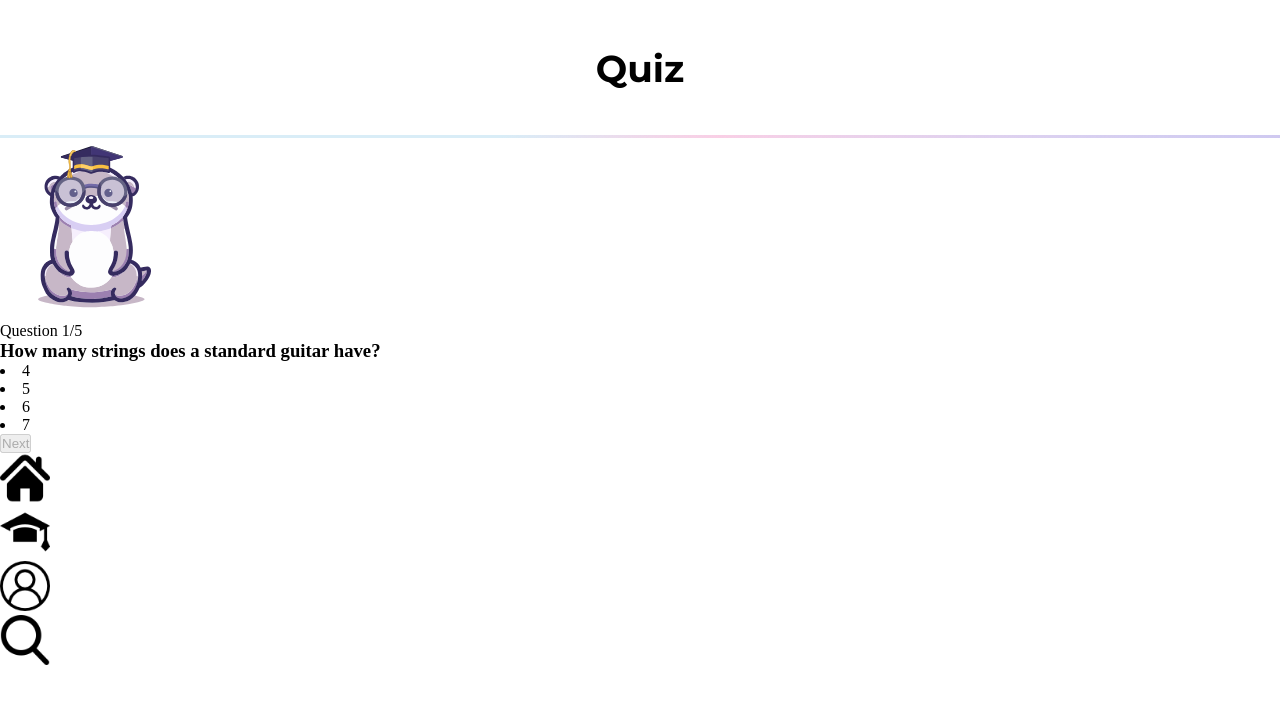
Repository: 1medi/pocketprof
Page: /quiz/page
An editor plug-in stored every save of this project. The page is shown before and after the next save, followed by the edit.
The browser window is 1280 px wide. The pictures show the whole page.
The project was rebuilt for these pictures with package versions that can differ from the ones it lists, and the page was loaded fresh each time. The framework's server and built-in components were replaced by stand-ins that run in the browser. Also part of the build but not shown: next.config.mjs, Components/Buttons/Oscar/Oscar.module.css, Components/Buttons/Oscar/index.js.

Above is the page before, as saved 2024-04-13 23:19:39.

### pages/quiz/page.jsx
'use client';
import React, { useState, useRef, useEffect } from 'react';
import { quiz } from "../data"
import styles from "./page.module.css"
import { Montserrat } from "next/font/google"
import Header from '@/Components/Header';
import NavBar from "@/Components/Navbar"
import Image from 'next/image';


const notoSans = Montserrat({
  subsets: ['latin'],
});

export default function Page() {
  const [activeQuestion, setActiveQuestion] = useState(0);
  const [selectedAnswer, setSelectedAnswer] = useState('');
  const [checked, setChecked] = useState(false);
  const [selectedAnswerIndex, setSelectedAnswerIndex] = useState(null);
  const [showResult, setShowResult] = useState(false);
  const [result, setResult] = useState({
    score: 0,
    correctAnswers: 0,
    wrongAnswers: 0,
  });

  const nextButtonRef = useRef(null);

  const { questions } = quiz;
  const { answers, correctAnswer } = questions[activeQuestion];

  const onAnswerSelected = (answer, idx, event = null) => {
    if (event && event.type === 'keydown' && (event.key !== 'Enter' && event.key !== ' ')) {
      return;
    }
    setChecked(true);
    setSelectedAnswerIndex(idx);
    if (answer === correctAnswer) {
      setSelectedAnswer(true);
      console.log('true');
    } else {
      setSelectedAnswer(false);
      console.log('false');
    }
  };


  useEffect(() => {
    if (checked && nextButtonRef.current) {
      nextButtonRef.current.focus();
    }
  }, [checked]);

  const nextQuestion = () => {
    setSelectedAnswerIndex(null);
    setResult((prev) =>
      selectedAnswer
        ? {
            ...prev,
            score: prev.score + 5,
            correctAnswers: prev.correctAnswers + 1,
          }
        : {...prev,
            wrongAnswers: prev.wrongAnswers + 1,
          }
    );
    if (activeQuestion !== questions.length - 1) {
      setActiveQuestion((prev) => prev + 1);
    } else {
      setActiveQuestion(0);
      setShowResult(true);
    }
    setChecked(false);
  };

  return (
    <>
    <Header name="Quiz"/>
      <div className={`${styles.container}`}>
      <div>
      <div className={styles.oscarBox}>
    <Image
      priority
      src="/img/oscar/oscar-main.svg"
      width="180"
      height="180"
      alt="oscar"
      className={styles.oscar}
    />
    {!showResult && (
      <div className={styles.activeQ}>
        Question {activeQuestion + 1}
        <span>/{questions.length}</span>
      </div>
    )}
  </div>
    </div>
      <div>
        {!showResult ? (
          <div className={styles.quizContainer}>
            <h3 className={styles.question}>{questions[activeQuestion].question}</h3>
            {answers.map((answer, idx) => (
              <li
                key={idx}
                onClick={() => onAnswerSelected(answer, idx)}
                onKeyDown={(event) => onAnswerSelected(answer, idx, event)}
                className={`${styles.answerList} ${selectedAnswerIndex === idx ? styles.itemSelected : styles.itemHover}`}
                tabIndex={0}>
                <span>{answer}</span>
              </li>
            ))}

            <button
              ref={nextButtonRef}
              onClick={nextQuestion}
              className={checked ? styles.btn : styles.btnDisabled}
              tabIndex={2}
              disabled={!checked}>
              {activeQuestion === questions.length - 1 ? 'Finish' : 'Next'}
            </button>
          </div>
        ) : (
          <div className={styles.quizContainer}>
            <div className={styles.result}><h3 className={styles.hthree}>Results</h3></div>
            <div><h2 className={styles.htwo}>Overall {(result.score / (questions.length * 5)) * 100}%</h2></div>
            <div className={styles.resultBox}>
              <p className={styles.paragraph}>
              Total Questions: <span>{questions.length}</span>
            </p>
            <p className={styles.paragraph}>
              Total Score: <span>{result.score}</span>
            </p>
            <p className={styles.paragraph}>
              Correct Answers: <span>{result.correctAnswers}</span>
            </p>
            <p className={styles.paragraph}>
              Wrong Answers: <span>{result.wrongAnswers}</span>
            </p>
            </div>
            <button className={styles.btn} onClick={() => window.location.reload()}>Restart</button>
          </div>
        )}
      </div>
      </div>
    <NavBar/>
    </>

  );
};

### styles/globals.css
:root {
background-color: white;
align-content: center;
--main-color-purple: #53239B;
--main-color-lightpurple: #CCBFED;
--secondary-color-blue: #9AB7F9;
--secondary-color-lightblue: #CCE3FB;

--font-header: 34pt ;
--font-section-header: 28pt;
--font-sub-header: 24pt;
--font-button: 16pt;
--font-body: 16pt;
--font-secondary: 14pt;
--font-tertiary:12pt;

--headings: "Montserrat", "sans-serif";;
--body-text: "Noto Sans", sans-serif;

}


* {
    padding: 0;
    margin: 0;
  }

  ol,
  ul {
    list-style: none;
  }

### pages/data.js
export const quiz = {
    totalQuestions: 5,
    questions: [
      {
        id: 1,
        question: 'How many strings does a standard guitar have?',
        answers: ['4', '5', '6', '7'],
        correctAnswer: '6',
      },
      {
        id: 2,
        question: 'Which part of the guitar do you strum or pluck the strings with?',
        answers: ['Headstock', 'Fretboard', 'Body', 'Bridge'],
        correctAnswer: 'Body',
      },
      {
        id: 3,
        question: 'What is a pick used for in playing the guitar?',
        answers: ['Holding the strings down', 'Strumming or plucking the strings', 'Keeping the guitar in tune', 'San Marino'],
        correctAnswer: 'Strumming or plucking the strings',
      },
      {
        id: 4,
        question: 'What is the name of the thickest string on the guitar?',
        answers: ['A string', 'E string', 'D string', 'G string'],
        correctAnswer: 'E string',
      },
      {
        id: 5,
        question: 'Where do you place your fingers to play different notes on the guitar?',
        answers: ['On the body', 'On the headstock', 'On the strings over the fretboard', 'On the tuning pegs'],
        correctAnswer: 'On the strings over the fretboard',
      },
    ],
  };

### pages/quiz/page.module.css

@media only screen and (max-width:431px) {
  .container{
  padding: 1rem 0;
  background-color: white;
  width: 95%;
  margin: auto;
  margin-top: 3rem;
  border-radius: 10px;
  font-size: var(--font-body);

}

.question{
  font-family: var(--body-text);
  font-size: var(--font-body);
  margin: 20px 10px;

}

.htwo {
  padding-bottom: 2rem;
  color: #000105;
  font-family: var(--headings);
  font-size: var(--font-sub-header);
}

.hthree {
  padding-bottom: 2rem;
  color: #000105;
  font-family: var(--headings);
  font-size: var(--font-sub-header);
  text-align: left;
}

.result{
  left:0;
  width:100%;
  border-bottom: 0.5px solid black;
  height: 40px;
  margin-bottom: 3rem;
}

.btn {
  padding: 16px 8px;
  width: 100%;
  margin-top: 12px;
  font-size: var(--font-button);
  border-radius: 5px;
  cursor: pointer;
  background-color: var(--main-color-purple);
  color: white;
  font-family: var(--headings);
  align-self: center;
}

.btnDisabled {
  background-color: lightgray;
  padding: 16px 8px;
  width: 100%;
  margin-top: 12px;
  font-size: var(--font-button);
  border-radius: 4px;
  color: darkgray;
  font-family: var(--headings);
}

.answerList {
  list-style-type: none;
  cursor: pointer;
  margin: 10px 50px;
  padding: 8px 15px;
  color: #000105;
  border: 1.5px solid lightgray;
  background-color: white;
  font-family: var(--body-text);
  font-size: var(--font-secondary);
  width: 70%;
}

.activeQ{
  margin: 5rem 12rem;
  position: absolute;
  top: 50%; /* center vertically */
  left: 50%; /* center horizontally */
  transform: translate(-50%, -50%); /* adjust precise centering */
  width: 100%;
  color: black;
  text-align: center;
  padding:10px;
  font-family: var(--headings);
  font-size: var(--font-sub-header)
}

.itemHover:hover {
  background-color: #CCBFED;
  columns: #fff;
}

.itemSelected {
  color: #474747;
  background-color:#8E71D5;
}

.quizContainer {
  background: linear-gradient(-10deg, #d9edf7 35%, rgba(237, 202, 216, 0) 50%, var(--main-color-lightpurple)), radial-gradient(circle, #ffcae1 0, #daeafc 100%);
  padding: 1rem;
  margin-top: 2rem;
  border-radius: 4px;
  display: flex;
  flex-direction: column;
  justify-content: center;
  align-items: center;

}

.paragraph {
  padding: 8px 0;
  font-size: var(--font-body);
  font-family: var(--body-text);
  margin: 10px;
  padding: 8px 50px 8px 10px;
  color: #000105;
  border-bottom: 1.5px solid lightgray;
  background-color: white;
  text-align: left;
}

.resultBox{
  background-color: white;
  padding: 2rem;
  width: fit-content;
  display: flex;
  flex-direction: column;
  align-self: center;
  border-radius: 10px;
  margin-bottom: 2rem;
}

.oscarBox {
  position: relative;
  width: 200px;
  height: 200px;
}

.oscar {
  display: block;
  width: 100%;
  height: auto;
}

}

### Components/Header/index.js
import styles from "@/Components/Header/Header.module.css"
import Link from "next/link"

export default function Header({name}){
  return (
    <>
    <header className={styles.header}>

      <h1 className={styles.headerTitle}>{name}</h1>
    </header>
    </>
  )
}

### Components/Navbar/index.js
import styles from "./Navbar.module.css"
import Oscar from "@/Components/Buttons/Oscar"
import Link from "next/link"
import Home from "@/public/img/home-icon-silhouette.png"
import Image from "next/image"
import Learn from "@/public/img/learn.png"
import Profile from "@/public/img/navuser.png"
import Search from "@/public/img/search.png"

export default function NavBar() {
  return (
    <nav className={styles.nav}>
      <div className={styles.navContainer}>
        <ul className={styles.navOptions}>
          <li className={styles.navLink}>
            <Link href={'/'} className={styles.navText}>
              <Image
              className={styles.image}
              src={Home}
              width={50}
              height={50}
              />
            </Link>
          </li>
          <li className={styles.navLink}>
            <Link href={'/Courses'} className={styles.navText}>
              <Image
              className={styles.image}
              src={Learn}
              width={50}
              height={50}
              />
            </Link>
          </li>
          <li className={styles.navLink}>
            <Link href={'/Profile'} className={styles.navText}>
              <Image
              className={styles.image}
              src={Profile}
              width={50}
              height={50}
              />
            </Link>
          </li>
          <li className={styles.navLink}>
            <Link href={'/QuizPage'} className={styles.navText}>
              <Image
              className={styles.image}
              src={Search}
              width={50}
              height={50}
              />

            </Link>
          </li>
        </ul>
      </div>
    </nav>
  )
}

### Components/Header/Header.module.css
.header{
  max-height: 400;
  height: 6em;
  position: relative;
  padding: 1.3rem;
  backdrop-filter: blur(10px);
  }

  .header::before {
    content: "";
    position: absolute;
    inset: 0;
    border-bottom: 3px solid transparent;
    background: linear-gradient(140deg,  #d9edf7 35%, rgba(237, 202, 216, 0) 50%, var(--main-color-lightpurple)), radial-gradient(circle, #ffcae1 0, #daeafc 100%) border-box;
    mask: linear-gradient(#fff 0 0) padding-box, linear-gradient(#fff 0 0);
    mask-composite: exclude;
  }


.headerTitle{
  text-align: center;
  margin:auto;
  display: flex;
  justify-content: center;
  color: black;
  padding-top: 25px;
  font-family: var(--headings);
  font-size: var(--font-section-header);
}

### Components/Navbar/Navbar.module.css
@media only screen and (max-width:430px) {
  .nav {
  position: fixed;
  bottom: 0;
  left: 0;
  width: 100%;
  display: flex;
  flex-direction: row;
  background-color:var(--main-color-lightpurple);
  justify-content: space-around;
}

.navContainer{
  position: relative;
  justify-content: space-around;
  width: 100%;
}
.buttonContainer{
  padding:10px;

}

.navOptions{
  display: flex;
  flex-direction: row;
  text-align: center;
  justify-content: space-around;
  padding: 10px;
  text-decoration: none;
}

.navLink{
  padding: 10px;
  border-radius: 10px;
  text-decoration: none;
  list-style: none;
  position: relative;
  justify-content: center;
}

.image:hover{
  background-color: #8b82a4;
}

.navText{
  text-decoration: none;
  list-style: none;
  color:black;
}

.navText:visited{
  text-decoration: none;
  list-style: none;
  color: black;
}

.oscar{
  position:relative
}
}

Loaded but not shown: pages/_app.js (common file); pages/_document.js (common file)

After the next save:
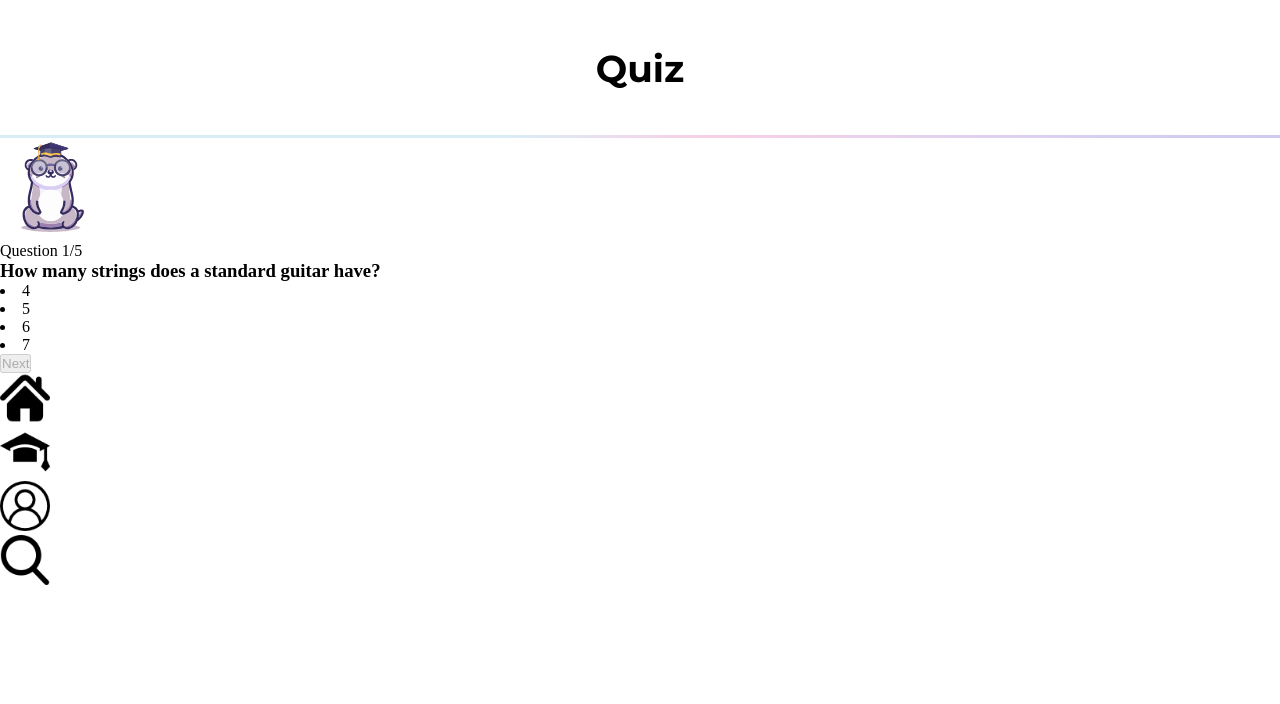
Saved 7 s later.
--- a/pages/quiz/page.jsx
+++ b/pages/quiz/page.jsx
@@ -82,8 +82,8 @@ export default function Page() {
     <Image
       priority
       src="/img/oscar/oscar-main.svg"
-      width="180"
-      height="180"
+      width="100"
+      height="100"
       alt="oscar"
       className={styles.oscar}
     />
